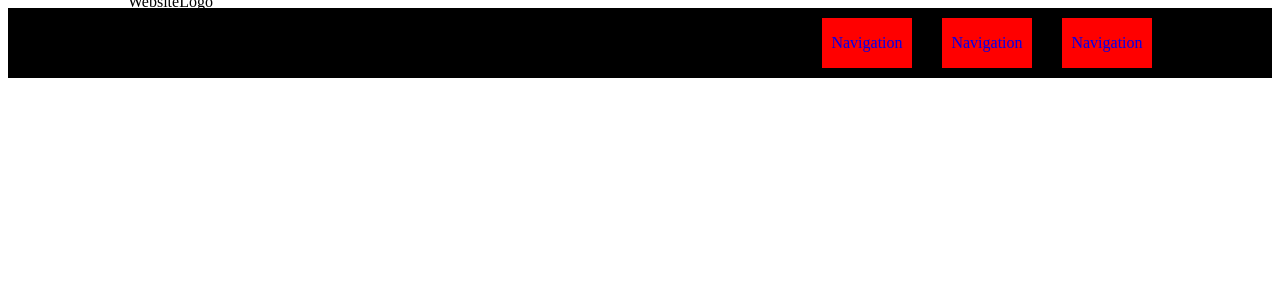
Repository: piotrokrutniak/Projekt-Studia
Page: index.html
These files come from the project's save history. The page is drawn as it stood at one moment and after the next save; the edit follows.
The browser window is 1280 px wide. The pictures show the whole page.

Above is the page before, as saved 2023-03-04 02:46:10.

### index.html
<!DOCTYPE html>
<head>
    <meta charset="UTF-8" />
    <meta http-equiv="X-UA-Compatible" content="IE=edge" />
    <meta name="viewport" content="width=device-width, initial-scale=1.0" />
    <link rel="stylesheet" type="text/css" href="styles.css" />
    <title>Website Title</title>
</head>
<body>
    <div class="navbar-container">
        <div class="navbar">
            <div class="logo">WebsiteLogo</div>
            <div class="navigation">
                <a href="/index" class="navigation-link">
                    <div class="navigation-button">
                        Navigation
                    </div>
                </a>
                <a href="/index" class="navigation-link">
                    <div class="navigation-button">
                        Navigation
                    </div>
                </a>
                <a href="/index" class="navigation-link">
                    <div class="navigation-button">
                        Navigation
                    </div>
                </a>
            </div>
        </div>
    </div>
</body>

### styles.css
.navbar-container{
    width: 100%;
    height: 70px;
    background: black;
    position: sticky;
    top: 0;
}

.navbar{
    position: relative;
    max-width: 1024px;
    min-width: 328px;
    top: 0px;
    margin: auto;
    display: flex;
    flex-direction:row;
    justify-content: space-between;
    top: 50%;
    -ms-transform: translateY(-50%);
    transform: translateY(-50%);

}

a{
    text-decoration: none;
}

.navigation-link{
    position: relative;
    background: red;
    height: 50px;

}

.navigation-link:hover{
    border-bottom: 2px solid;
    border-color: aqua;

}

.navigation{
    display: grid;
    grid-template-columns: 90px 90px 90px;
    grid-gap: 30px;
}

.navigation-button{
    text-align: center;
    position: relative;
    top: 50%;
    -ms-transform: translateY(-50%);
    transform: translateY(-50%);
}

.logo{
    text-align: center;
    position: relative;
    top: 50%;
    -ms-transform: translateY(-50%);
    transform: translateY(-50%);
}

After the next save:
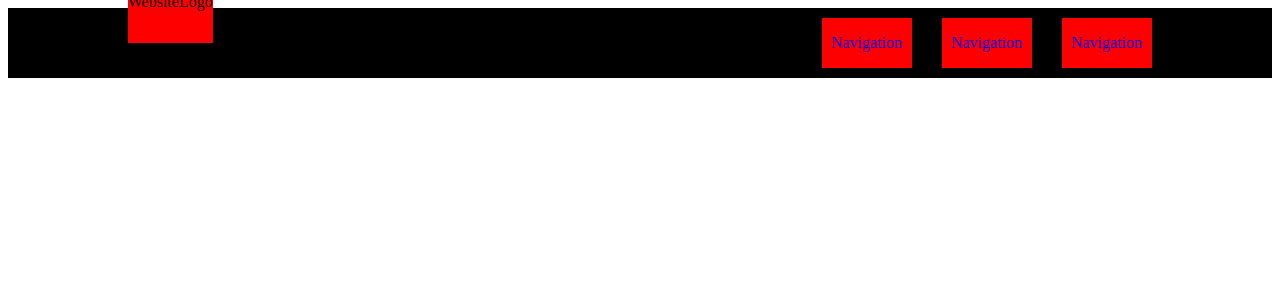
Saved 30 s later.
--- a/styles.css
+++ b/styles.css
@@ -53,6 +53,10 @@ a{
 }
 
 .logo{
+    position: relative;
+    background: red;
+    height: 50px;
+
     text-align: center;
     position: relative;
     top: 50%;
